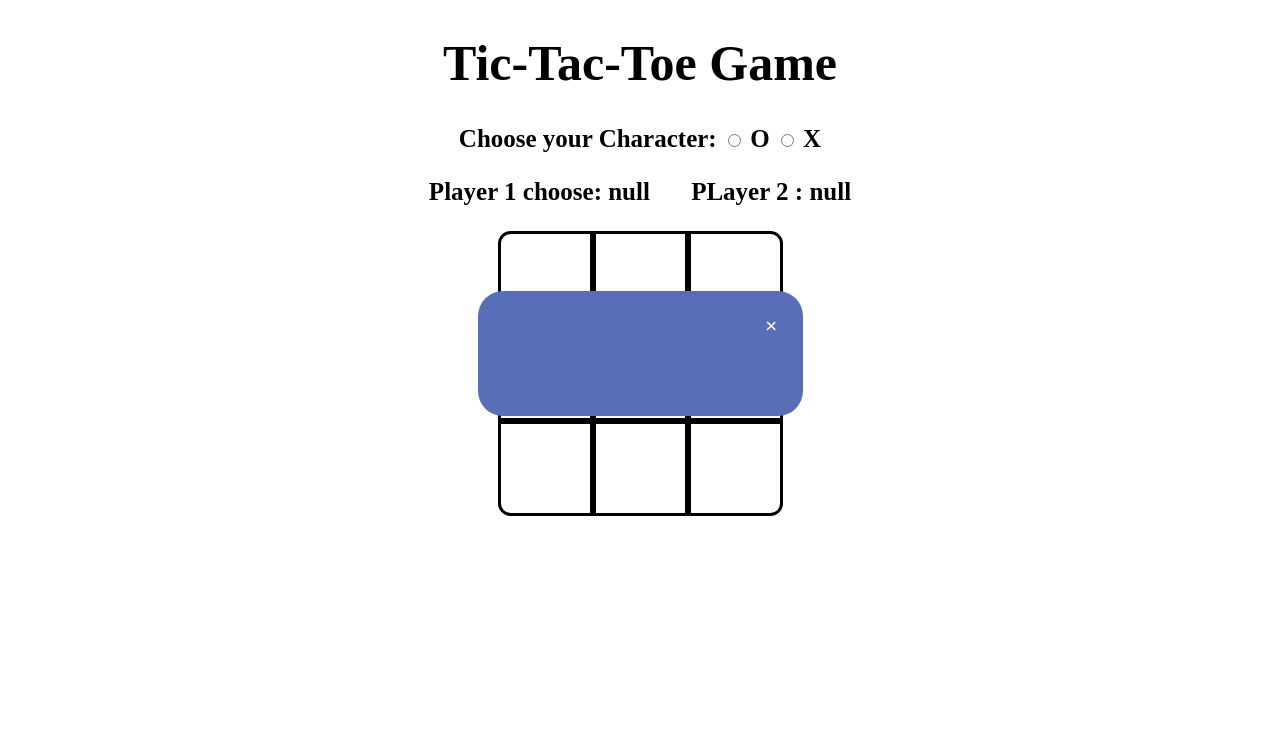
Repository: 0101chaitanya/Tic-Tac-Toe
Page: index.html
These files come from the project's save history. The page is drawn as it stood at one moment and after the next save; the edit follows.
The browser window is 1280 px wide. The pictures show the whole page.

Above is the page before, as saved 2021-06-12 12:14:55.

After the next save:
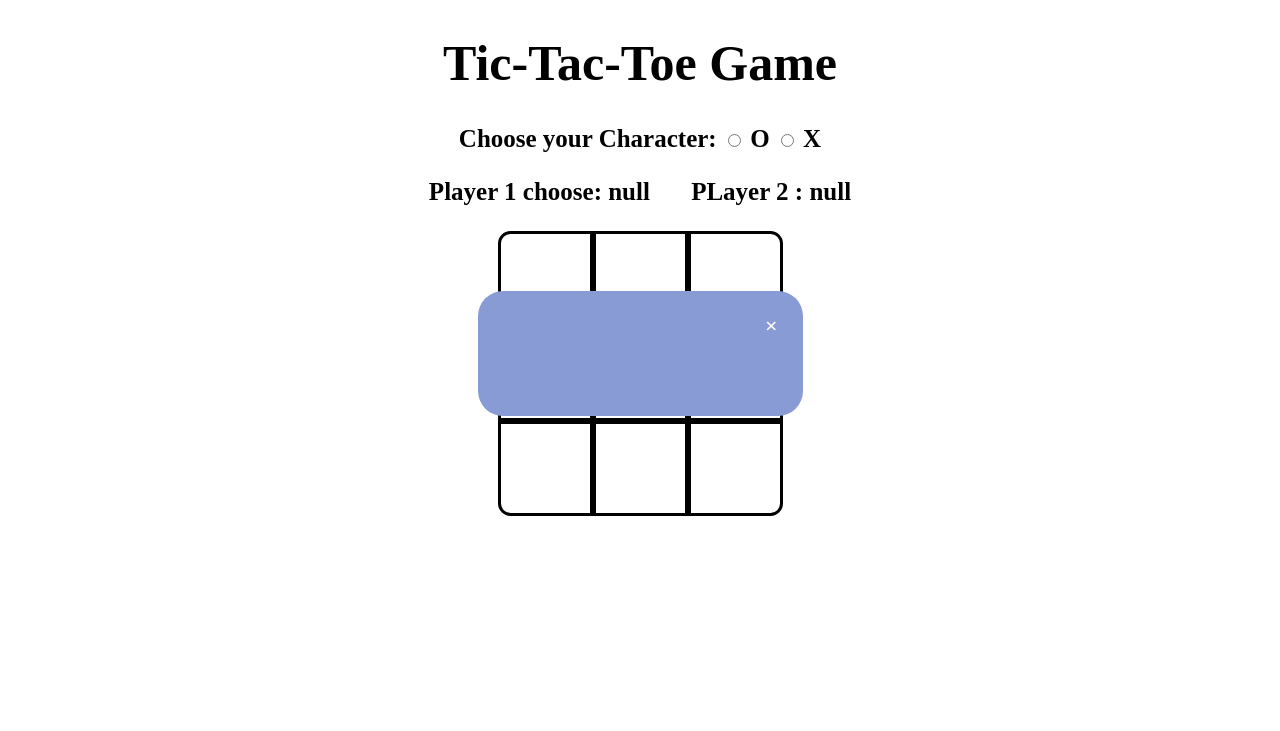
Saved 18 s later.
--- a/styles.css
+++ b/styles.css
@@ -103,7 +103,7 @@
     position: relative;
     top: -12rem;
     border-color: rgb(162, 162, 192);
-    background-color: rgb(88, 110, 185);
+    background-color: rgb(137, 155, 212);
     color: white;
     opacity: 1;
     transition: opacity 0.6s;

After the save that followed:
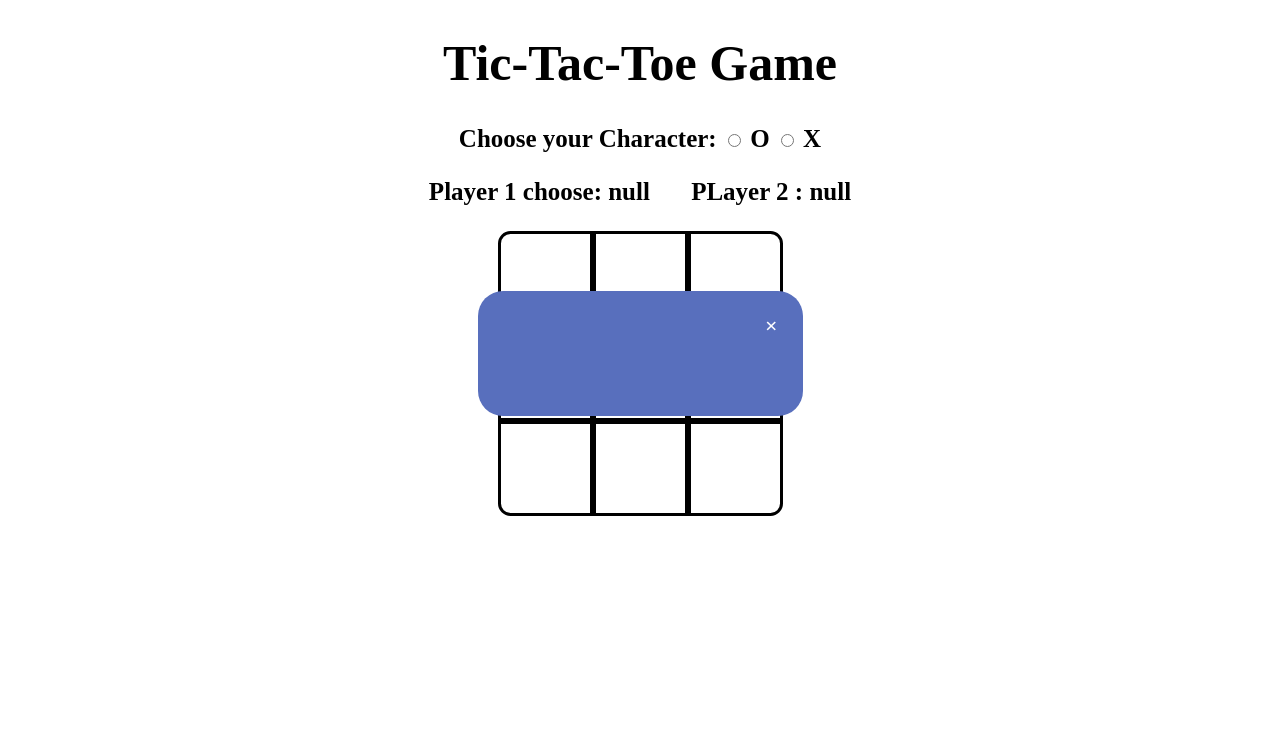
Saved 4 s later.
--- a/styles.css
+++ b/styles.css
@@ -103,7 +103,7 @@
     position: relative;
     top: -12rem;
     border-color: rgb(162, 162, 192);
-    background-color: rgb(137, 155, 212);
+    background-color: rgb(88, 111, 189);
     color: white;
     opacity: 1;
     transition: opacity 0.6s;
